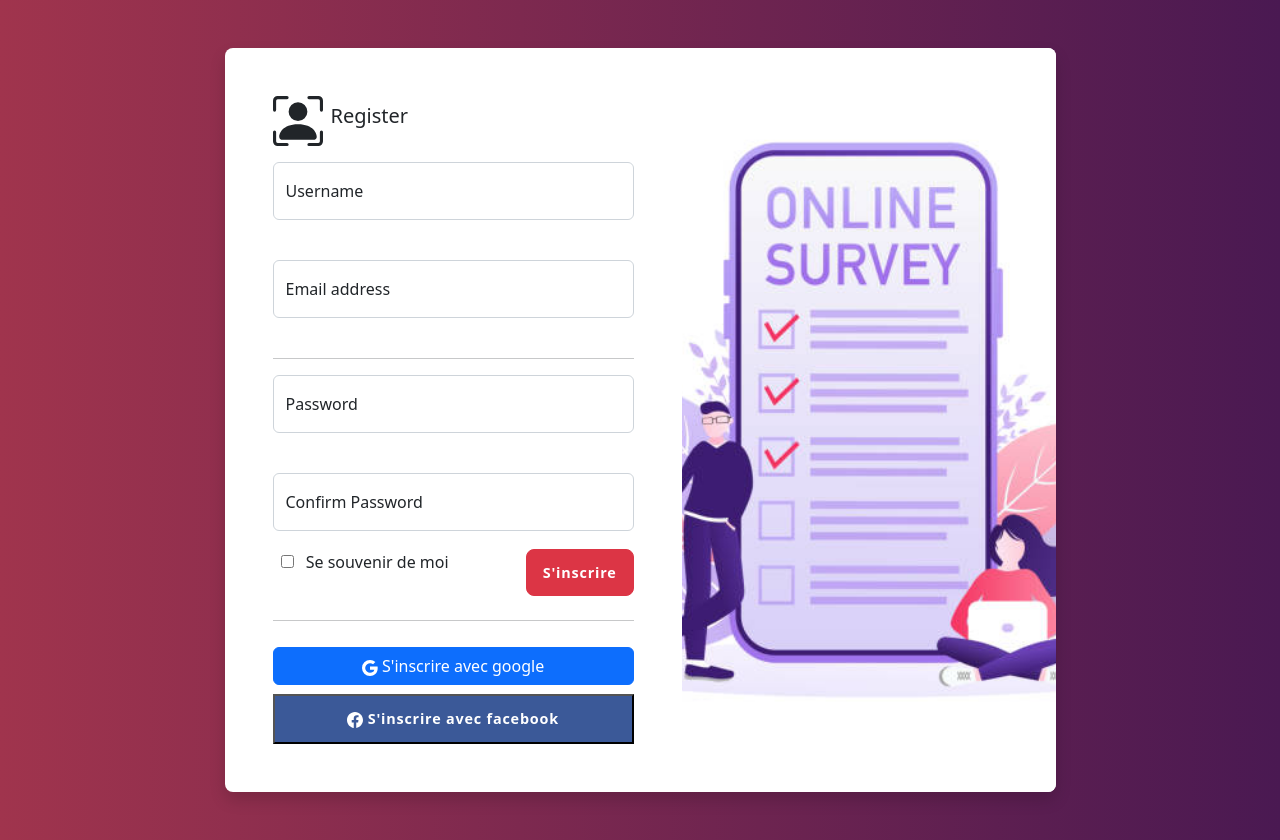
Repository: Djiamil/testsMoustaphaDER
Page: index.html
These files come from the project's save history. The page is drawn as it stood at one moment and after the next save; the edit follows.
The browser window is 1280 px wide. The pictures show the whole page.

Above is the page before, as saved 2022-12-09 00:12:50.

After the next save:
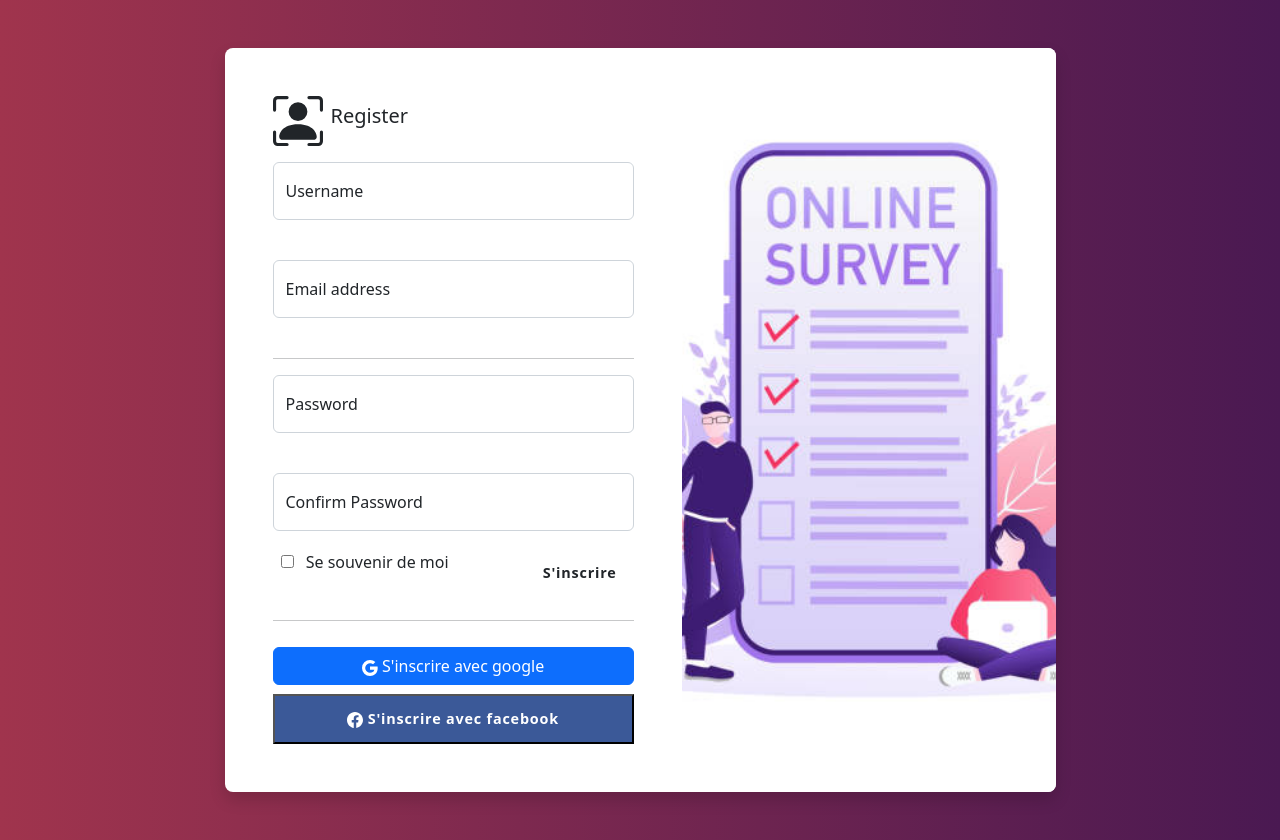
Saved 22 s later.
--- a/index.html
+++ b/index.html
@@ -53,7 +53,7 @@
                             <input type="checkbox" value="" class="m-2">
                             Se souvenir de moi
                         </div>
-                        <button class="btn btn-lg btn-danger btn-login fw-bold  mr-25">S'inscrire</button>
+                        <button class="btn btn-lg  btn-login fw-bold  mr-25">S'inscrire</button>
                     </div>
 
                     <hr class="my-4">

After the 2 saves that followed:
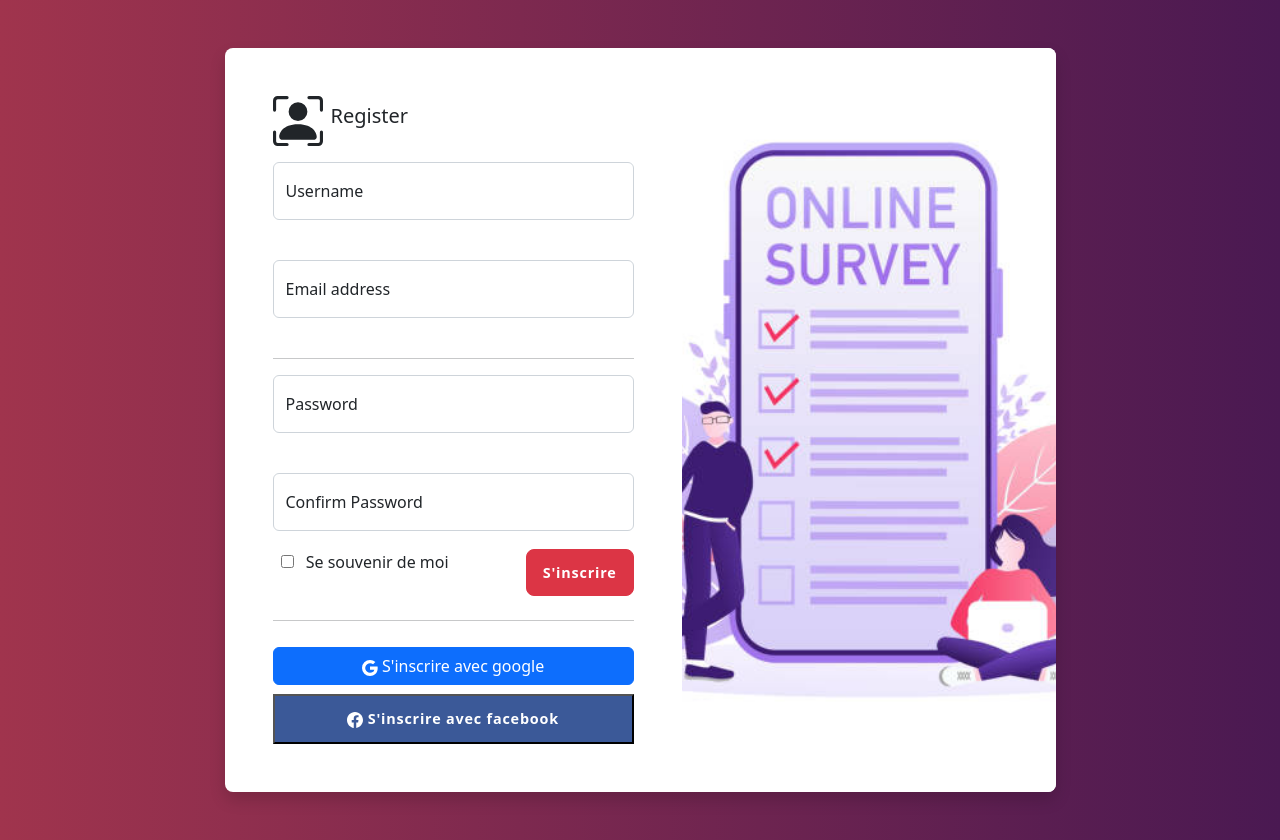
The 2 saves are shown as one change because 1 left the picture as it was.
The last was saved 17 s later.
--- a/index.html
+++ b/index.html
@@ -53,7 +53,7 @@
                             <input type="checkbox" value="" class="m-2">
                             Se souvenir de moi
                         </div>
-                        <button class="btn btn-lg  btn-login fw-bold  mr-25">S'inscrire</button>
+                        <button class="btn btn-lg btn-danger btn-login fw-bold  mr-25">S'inscrire</button>
                     </div>
 
                     <hr class="my-4">
--- a/style.css
+++ b/style.css
@@ -57,5 +57,5 @@ body {
 button{
   position:relative;
   margin-top: 0.1rem;
-  color: #a0344d;
+  background-color: #a0344d;
 }
